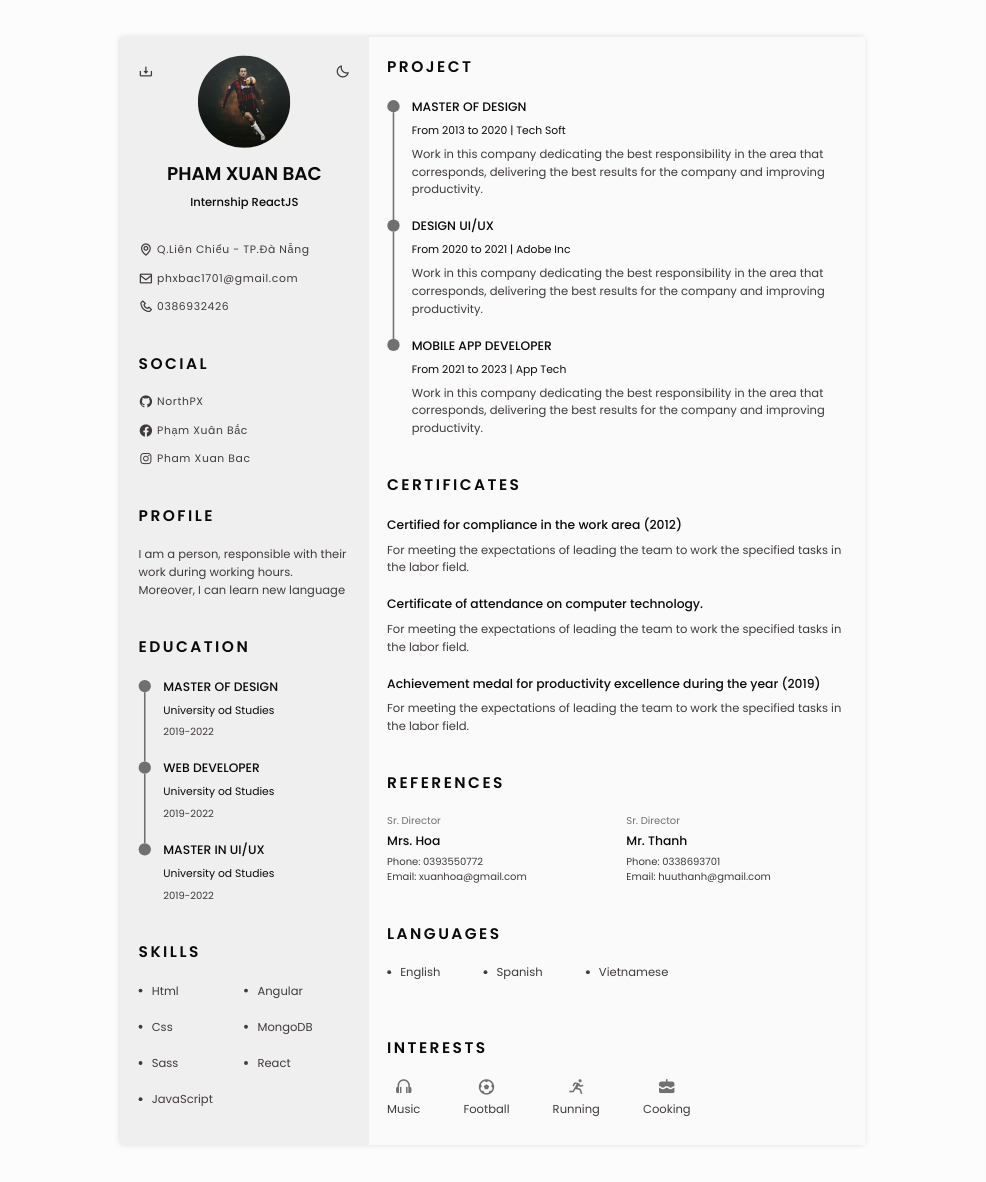
Repository: northpx/myCV
Page: index.html
These files come from the project's save history. The page is drawn as it stood at one moment and after the next save; the edit follows.
The browser window is 1280 px wide. The pictures show the whole page, at 77% of full size.

Above is the page before, as saved 2023-02-23 16:26:47.

After the next save:
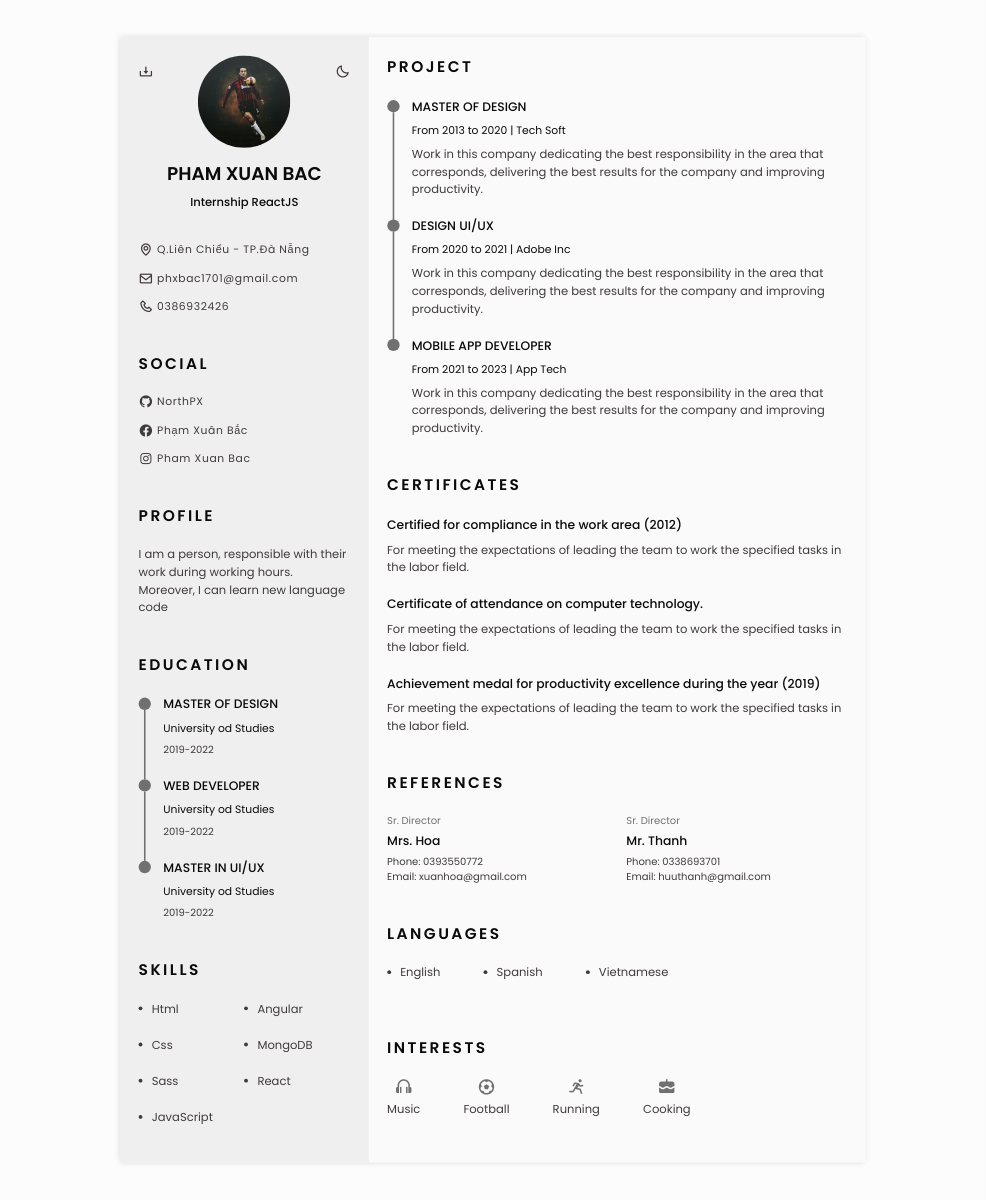
Saved 7 s later.
--- a/index.html
+++ b/index.html
@@ -105,7 +105,7 @@
                 <section class="profile section" id="profile">
                     <h2 class="section-title">Profile</h2>
                     <p class="profile__description">
-                        I am a person, responsible with their work during working hours. Moreover, I can learn new language
+                        I am a person, responsible with their work during working hours. Moreover, I can learn new language code
                     </p>
                 </section>
 

After the save that followed:
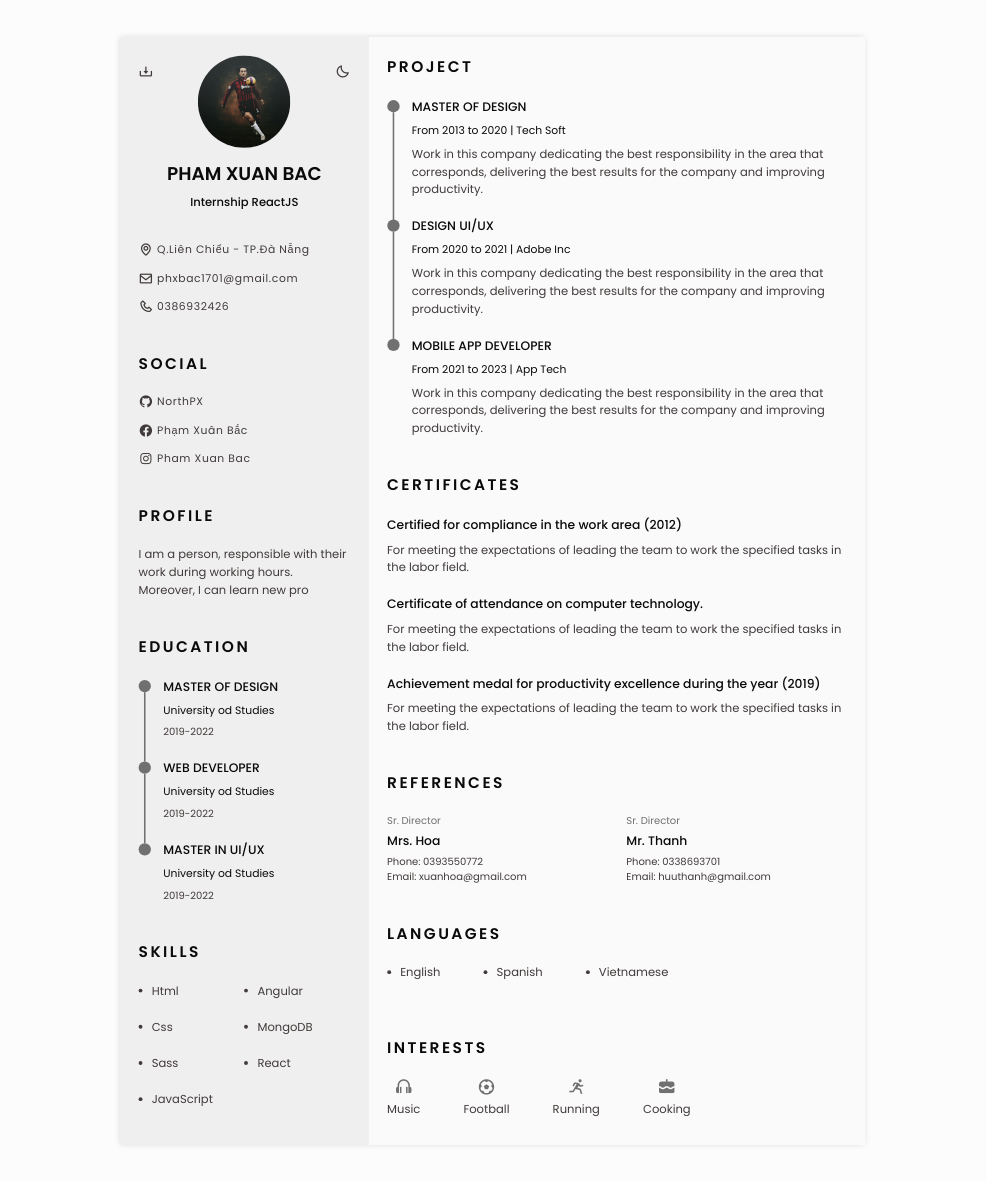
Saved 26 s later.
--- a/index.html
+++ b/index.html
@@ -105,7 +105,7 @@
                 <section class="profile section" id="profile">
                     <h2 class="section-title">Profile</h2>
                     <p class="profile__description">
-                        I am a person, responsible with their work during working hours. Moreover, I can learn new language code
+                        I am a person, responsible with their work during working hours. Moreover, I can learn new pro
                     </p>
                 </section>
 
